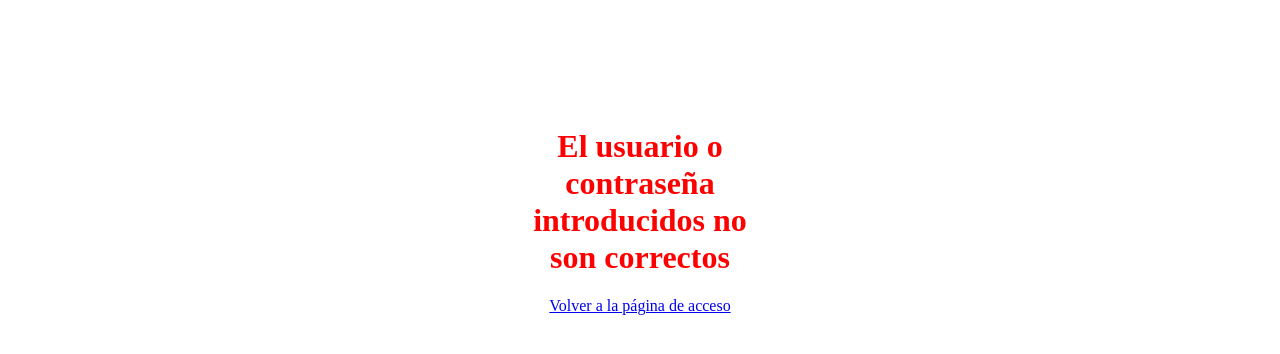
Repository: MateoSantander/Ejercicios4y5
Page: http://localhost/Ejercicio_4/login
These files come from the project's save history. The page is drawn as it stood at one moment and after the next save; the edit follows.
The browser window is 1280 px wide. The pictures show the whole page.
The page is served by Tomcat 9.

Above is the page before, as saved 2022-03-18 13:55:41.

### Ejercicio_4/src/main/webapp/JSP_errorPage.jsp
<%@ page language="java" contentType="text/html; charset=ISO-8859-1"
    pageEncoding="ISO-8859-1"%>
<!DOCTYPE html>
<html>
<head>
<meta charset="ISO-8859-1">
<title>Insert title here</title>
<link rel="stylesheet" href="css/errorPage.css">
</head>
<body>
	<h1>El usuario o contraseña introducidos no son correctos</h1>
	<a href="login.html">Volver a la página de acceso</a>
</body>
</html>

### Ejercicio_4/src/main/java/servlets/login.java
package servlets;

import java.io.IOException;
import java.util.HashMap;
import java.util.Map;
import javax.servlet.RequestDispatcher;
import javax.servlet.ServletException;
import javax.servlet.annotation.WebServlet;
import javax.servlet.http.HttpServlet;
import javax.servlet.http.HttpServletRequest;
import javax.servlet.http.HttpServletResponse;
import javax.servlet.http.HttpSession;

import modelo.entidad.identidad;

/**
 * Servlet implementation class login
 */
@WebServlet("/login")
public class login extends HttpServlet {
	private static final long serialVersionUID = 1L;

    public login() {
        super();
    }

	protected void doGet(HttpServletRequest request, HttpServletResponse response) throws ServletException, IOException {
		String nombre = request.getParameter("username");
		String password = request.getParameter("password");
		identidad i = new identidad();
    	i.setUsername(nombre);
    	i.setPassword(password);
    	 if (nombre == null || password == null || !validar(nombre, password)) {
             RequestDispatcher rd = request.getRequestDispatcher("JSP_errorPage.jsp");
             rd.forward(request, response);
         }
    	 else {
    		 HttpSession sesion=request.getSession();
    		 sesion.setAttribute("nombre", nombre);
             RequestDispatcher rd = request.getRequestDispatcher("index.html");
             rd.forward(request, response);
         }
	}

	protected void doPost(HttpServletRequest request, HttpServletResponse response) throws ServletException, IOException {
		doGet(request, response);
	}

	boolean validar(String nombre, String password) {
        Map<String, String> usuarios = new HashMap<String, String>();
        usuarios.put("Alice","poison");
        usuarios.put("Robert", "extremoduro");
    	usuarios.put("Fito","fitipaldis");
        return usuarios.containsKey(nombre) && usuarios.get(nombre).equals(password);

    }

}

### Ejercicio_4/src/main/java/modelo/entidad/identidad.java
package modelo.entidad;

public class identidad {
		private String username;
		private String password;

		public identidad() {
			super();
		}

		public identidad(String user, String password) {
			this.username = user;
			this.password = password;
		}

		public String getUsername() {
			return username;
		}

		public void setUsername(String username) {
			this.username = username;
		}

		public String getPassword() {
			return password;
		}

		public void setPassword(String password) {
			this.password = password;
		}
}

### Ejercicio_4/src/main/webapp/css/errorPage.css
@charset "ISO-8859-1";

h1{
	 	color:red;
}

body{
	text-align:center;
	margin-left: 40%;
    margin-right: 40%;
    margin-top: 10%;
}

After the next save:
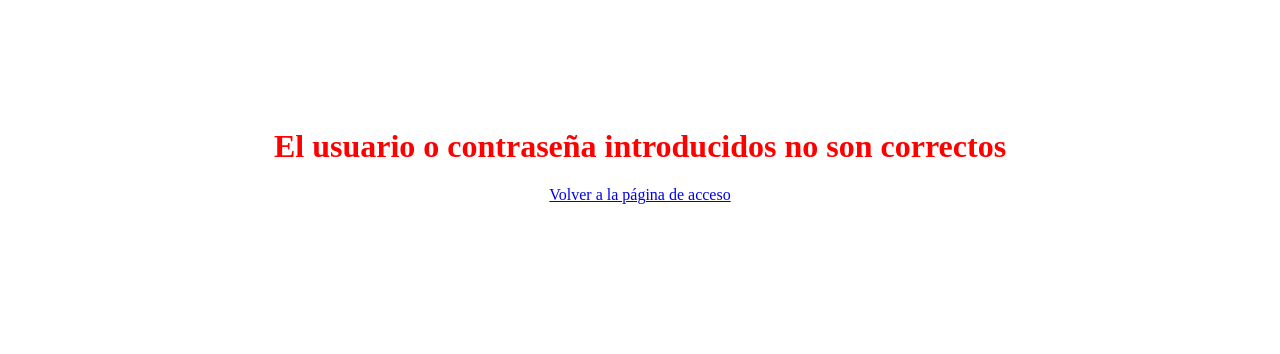
Saved 71 s later.
--- a/Ejercicio_4/src/main/webapp/css/errorPage.css
+++ b/Ejercicio_4/src/main/webapp/css/errorPage.css
@@ -6,7 +6,7 @@ h1{
 
 body{
 	text-align:center;
-	margin-left: 40%;
-    margin-right: 40%;
+	margin-left: 20%;
+    margin-right: 20%;
     margin-top: 10%;
 }
